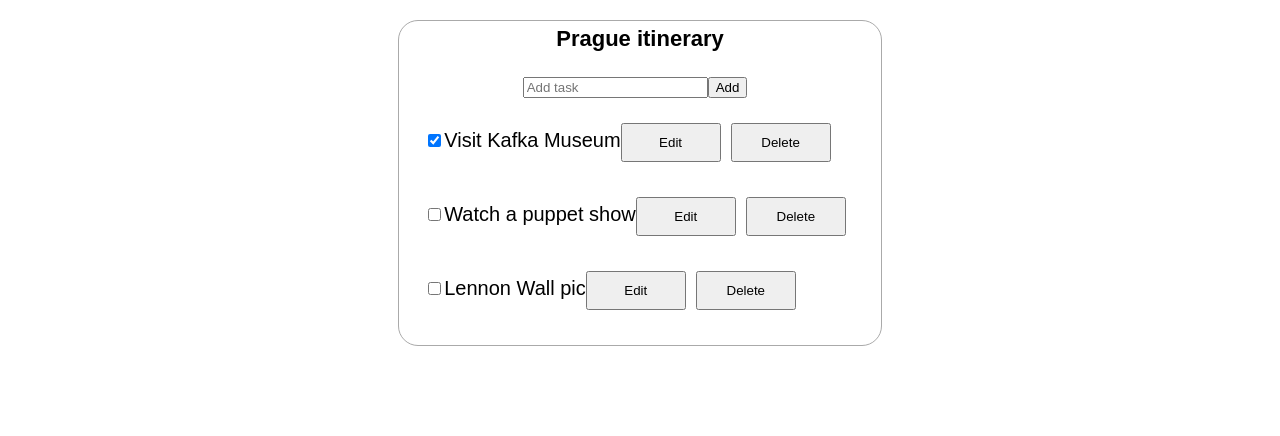
Repository: trider/my-react-app
Page: /
An editor plug-in stored every save of this project. The page is shown before and after the next save, followed by the edit.
The browser window is 1280 px wide. The pictures show the whole page.
The project was rebuilt for these pictures with package versions that can differ from the ones it lists, and the page was loaded fresh each time. Also part of the build but not shown: src/components/basic/Gallery.js, src/components/basic/Profile.js, src/components/utils.js, src/components/basic/Avatar.js, src/components/basic/GridX.js, src/components/time/Clock.js, src/components/time/Time.js, src/components/basic/ListT.js and 54 more. Imported but missing from the stored project, and not drawn on this page: src/components/stateManagement/Accoridion.

Above is the page before, as saved 2024-04-25 10:51:17.

After the next save:
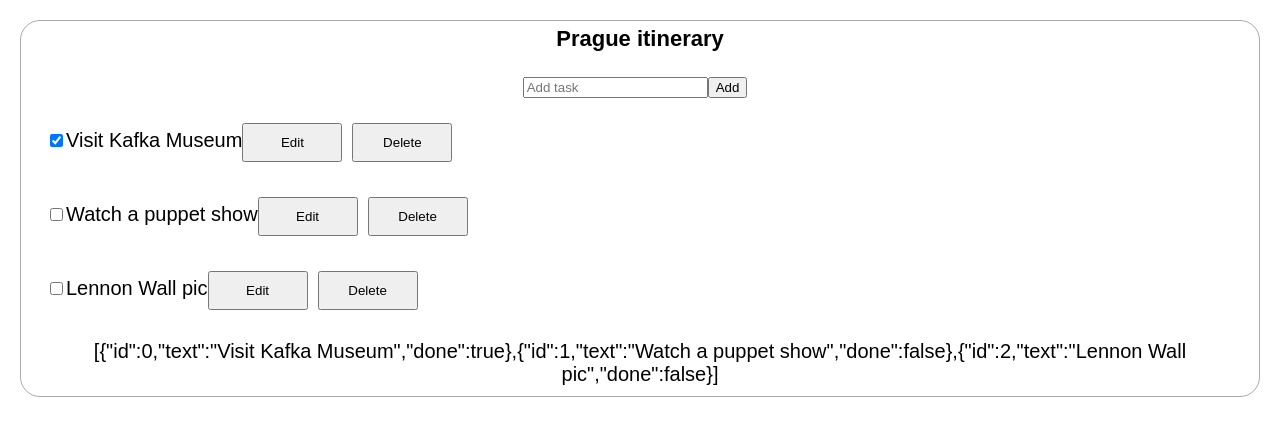
Saved 25 s later.
--- a/src/components/stateManagement/Reducers/TaskApp.js
+++ b/src/components/stateManagement/Reducers/TaskApp.js
@@ -37,7 +37,7 @@
         onChangeTask={handleChangeTask}
         onDeleteTask={handleDeleteTask}
       />
-      <p>{JSON.stringify}</p>
+      <p>{JSON.stringify(tasks)}</p>
     </>
   );
 }

After the 4 saves that followed:
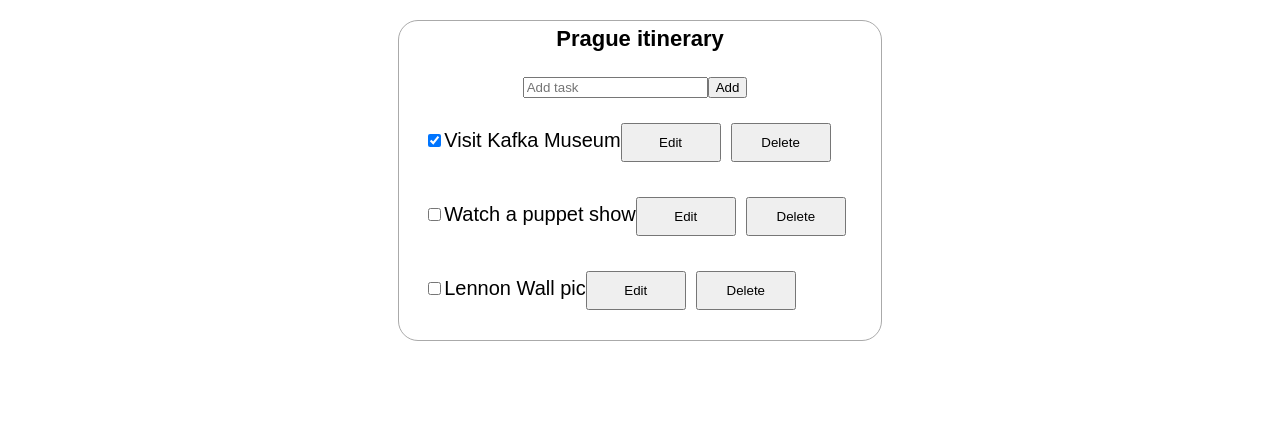
The 4 saves are shown as one change because 2 did not build or start and some came seconds apart.
The last was saved 2 min 52 s later.
--- a/src/components/stateManagement/Reducers/TaskApp.js
+++ b/src/components/stateManagement/Reducers/TaskApp.js
@@ -37,7 +37,7 @@
         onChangeTask={handleChangeTask}
         onDeleteTask={handleDeleteTask}
       />
-      <p>{JSON.stringify(tasks)}</p>
+
     </>
   );
 }
